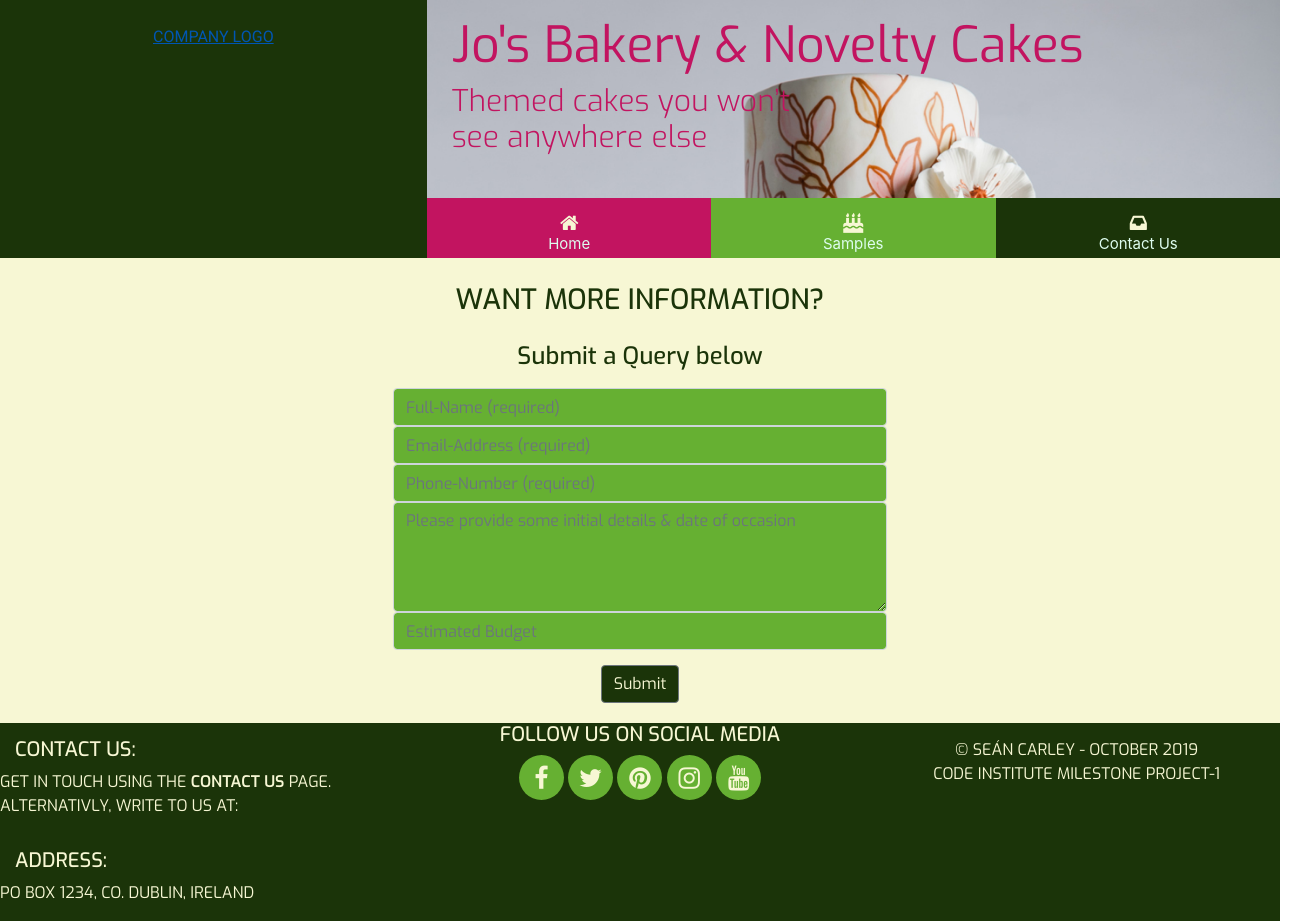
Repository: seanjcarley/Milestone1
Page: contact.html
The author's editor kept a record of every edit. The page is drawn from the files as they stood at one moment, then again after the next edit.
The browser window is 1280 px wide. The page is 1295 px wide, so the pictures cover 1295 px, including what lies to the right of the window. The pictures show the whole page.

Above is the page before.

### contact.html
<!DOCTYPE html>
<html lang="en">

<head>
    <meta charset="UTF-8">
    <meta name="viewport" content="width=device-width, initial-scale=1.0">
    <meta http-equiv="X-UA-Compatible" content="ie=edge">
    <link rel="stylesheet" href="https://stackpath.bootstrapcdn.com/bootstrap/4.3.1/css/bootstrap.min.css" type="text/css" />
    <link rel="stylesheet" href="https://stackpath.bootstrapcdn.com/font-awesome/4.7.0/css/font-awesome.min.css" type="text/css">
    <link rel="stylesheet" href="https://cdnjs.cloudflare.com/ajax/libs/hover.css/2.3.1/css/hover-min.css" type="text/css">
    <link rel="stylesheet" href="css/style.css">
    <title>Jo's Bakery and Novelty Cakes</title>
</head>

<body>
    <header>
        <div class="row no-gutters">
            <a href="#" class="col-md-4 logo">COMPANY LOGO</a>
            <div class="col-md-8 cake-image">
                <div class="row no-gutters">
                    <div class="col page-header">
                        <h1 class="name caps">Jo's Bakery & Novelty Cakes</h1>
                        <h2 class="tag-line caps">Themed cakes you won’t<br/>see anywhere else</h2>
                    </div>
                </div>
                <div class="row no-gutters">
                    <div class="col">
                        <ul id="nav" class="list-inline menucontainer">
                            <li class="col col-sm-4 menu-item-color-home list-inline-item menuitem">
                                <a class="hvr-sweep-to-right" href="index.html"><i class="fa fa-home" aria-hidden="true"></i><span>Home</span></a>
                            </li>
                            <li class="col col-sm-4 menu-item-color-samples list-inline-item menuitem">
                                <a class="hvr-sweep-to-right" href="showcase.html"><i class="fa fa-birthday-cake" aria-hidden="true"></i><span>Samples</span></a>
                            </li>
                            <li class="col col-sm-4 menu-item-color-contact list-inline-item menuitem">
                                <a class="hvr-sweep-to-right" href="contact.html"><i class="fa fa-inbox" aria-hidden="true"></i><span>Contact Us</span></a>
                            </li>
                        </ul>
                    </div>
                </div>
            </div>
        </div>
    </header>
    <section class="container-fluid section-color">
        <div class="row">
            <div class="col-md-2"></div>
            <div class="col-md-8">
                <h3 class="form-heading uppercase">Want more Information?</h3>
                <h4 class="form-heading">Submit a Query below</h4>
                <div class="center-form">
                    <form>
                        <input type="text" name="fullname" id="name-field" class="form-control" placeholder="Full-Name (required)" required/>
                        <input type="text" name="emailaddress" id="email-field" class="form-control" placeholder="Email-Address (required)" required/>
                        <input type="text" name="phonenumber" id="phone-field" class="form-control" placeholder="Phone-Number (required)" required/>
                        <textarea rows="4" name="details" id="desc-field" class="form-control" placeholder="Please provide some initial details & date of occasion"></textarea>
                        <input type="text" name="budget" id="budget-field" class="form-control" placeholder="Estimated Budget"/>
                        <!--***Possible slider for selecting budget***
                        <label>Estimated Budget</label>
                        <input type="range" min="100" max="1000"/>-->
                        <div class="form-row text-center">
                            <div class="col">
                                <button type="submit" class="btn btn-secondary">Submit</button>
                            </div>
                        </div>
                    </form>
                </div>
            </div>
            <div class="col-md-2"></div>
        </div>
    </section>
     <footer class="footer-color">
        <div class="row">
            <div class="col-md-4">
                <!--<h1>FOOTER1</h1>-->
                <h5 class="footer-h5 uppercase">Contact us: </h5>
                <p class="footer-text uppercase">Get in touch using the <a href="contact.html"><span class="bold">Contact us</span></a> page. Alternativly, write to us at:</p>
                <h5 class="footer-h5 uppercase">Address: </h5>
                <p class="footer-address uppercase">
                    PO Box 1234, <!--<br/>-->
                    Co. Dublin, <!--<br/>-->
                    Ireland
                </p>
            </div>
            <div class="col-md-4 social">
                <!--<h1>FOOTER2</h1>-->
                <h5 class="uppercase">Follow us on Social Media</h5>
                <ul class="list-inline social-icons">
                    <li class="list-inline-item socialitem">
                        <a target="_blank" href="#">
                            <i class="fa fa-facebook" aria-hidden="true"></i>
                            <span class="sr-only">Facebook</span> <!-- This will be read by a screen reader. It does not show on the page -->
                        </a>
                    </li>
                    <li class="list-inline-item socialitem">
                        <a target="_blank" href="#">
                            <i class="fa fa-twitter" aria-hidden="true"></i>
                            <span class="sr-only">Twitter</span> <!-- This will be read by a screen reader. It does not show on the page -->
                        </a>
                    </li>
                    <!--<li class="list-inline-item socialitem">
                        <a target="_blank" href="#">
                            <i class="fa fa-linkedin" aria-hidden="true"></i>
                            <span class="sr-only">LinkedIn</span>
                        </a>
                    </li>-->
                    <li class="list-inline-item socialitem">
                        <a target="_blank" href="#">
                            <i class="fa fa-pinterest" aria-hidden="true"></i>
                            <span class="sr-only">Pinterest</span> <!-- This will be read by a screen reader. It does not show on the page -->
                        </a>
                    </li>
                    <li class="list-inline-item socialitem">
                        <a target="_blank" href="#">
                            <i class="fa fa-instagram" aria-hidden="true"></i>
                            <span class="sr-only">Instagram</span> <!-- This will be read by a screen reader. It does not show on the page -->
                        </a>
                    </li>
                    <li class="list-inline-item socialitem">
                        <a target="_blank" href="#">
                            <i class="fa fa-youtube" aria-hidden="true"></i>
                            <span class="sr-only">YouTube</span> <!-- This will be read by a screen reader. It does not show on the page -->
                        </a>
                    </li>
                </ul>
            </div>
            <div class="col-md-4 copyrite uppercase">
                <!--<h1>FOOTER3</h1>-->
                &copy; Seán Carley - October 2019
                <br/> Code Institute Milestone Project-1
            </div>
        </div>
    </footer>
</body>

</html>

### css/style.css
@import url('https://fonts.googleapis.com/css?family=Roboto:100,200,300,400,500,600,700|Exo:100,200,300,400,500,600,700');

/*----------------------------------------------------------------------------*/
/* Colours */
/*----------------------------------------------------------------------------*/

.menu-item-color-home {
    background-color: #C21460;
    color: #F7F7D4;
}

.menu-item-color-samples {
    background-color: #66B032;
    color: #F7F7D4;
}

.menu-item-color-contact {
    background-color: #1B3409;
    color: #F7F7D4;
}

.section-color {
    background-color: #F7F7D4;
    color: #1B3409;
}

.side-section {
    background-color: #66B032;
}

.footer-color {
    background-color: #1B3409;
    color: #F7F7D4;
}

/*----------------------------------------------------------------------------*/
/* Body */
/*----------------------------------------------------------------------------*/

body {
    margin: 0;
    min-height: 100%;
}

/*----------------------------------------------------------------------------*/
/* Header */
/*----------------------------------------------------------------------------*/

header {
    margin: 20;
    background-color: #fefe33;
}

.cake-image {
    background: url("../images/980x1123Slider_0004_Slider_2_Left.jpg");
    background-size: cover;
}

.page-header {
    margin-top: 15px;
    margin-bottom: 35px;
}

.name {
    font-family: "Exo", sans-serif;
    font-weight: 400;
    font-size: 50px;
    margin-left: 25px;
    color: #C21460;
}

.tag-line {
    font-family: "Exo", sans-serif;
    font-weight: 300;
    font-size: 30px;
    margin-left: 25px;
    color: #C21460;
    /*color: #66B032;*/
}

.logo {
    background: url("#");
    background-position: center;
    background-repeat: no-repeat;
    background-size: cover;
    background-color: #1B3409;
    font-family: "Roboto", sans-serif;
    text-align: center;
    padding-top: 25px;
    min-height: 240px;
}

.list-inline-item:not(:last-child) {
    margin-right: 0;
}

.menucontainer {
    font-size: 0;
}

#nav li {
    font-size: 14px;
    padding: 0;
}

#nav {
    margin: 0;
}

.menuitem {
    height: 60px;
    text-align: center;
    padding: 0;
}

.menuitem a {
    width: 100%;
    text-decoration: none;
    color: #defdef;
    height: 100%;
}

.menuitem a i {
    padding-top: 15px;
    display: block;
    color: #F7F7D4;;
    font-size: 20px;
}

.menuitem span {
    display: block;
    font-size: 15px;
}

.hvr-sweep-to-bottom:before,
.hvr-sweep-to-top:before,
.hvr-sweep-to-right:before {
    background: rgba(0, 0, 0, 0.2);
    height: 60px;
}

/*----------------------------------------------------------------------------*/
/* Index Section */
/*----------------------------------------------------------------------------*/

section {
    margin: 0;
    font-family: "Exo", sans-serif;
}

.main-section {
    padding-left: 15px;
}

.origin {
    text-align: center;
    padding-top: 15px;
}

.section-txt {
    margin: 15px;
}

.section-txt a {
    text-decoration: none;
    color: #1B3409;
}

.section-txt a:hover {
    color: #C21460;
}

.question {
    text-align: center;
}

/*----------------------------------------------------------------------------*/
/* Contact Section */
/*----------------------------------------------------------------------------*/

.form-heading {
    font-family: "Exo", sans-serif;
    font-weight: 500;
    margin-top: 25px;
    /*margin-bottom: ;*/
    text-align: center;
}

.center-form {
    padding-top: 10px;
    margin: 0 auto;
    max-width: 60%;
    text-align: center;
}

button[type="submit"] {
    margin-top: 15px;
    margin-bottom: 20px;
    color: #F7F7D4;
    background-color: #1B3409;
}

button[type="submit"]:hover {
    color: #66B032;
    background-color: #C21460;
    font-weight: 300;
     transition: all 0.35s ease-in-out;
    -moz-transition: all 0.35s ease-in-out;
    -webkit-transition: all 0.35s ease-in-out;
    -o-transition: all 0.35s ease-in-out;
}

#name-field {
    background-color: #66B032;
    color: #F7F7D4;
}

#email-field {
    background-color: #66B032;
    color: #F7F7D4;
}

/* Trying to overe ride the color of the placeholder text on the form */
/*#email-field:before {
    background-color: #66B032;
    color: #66B032;
}*/

#phone-field {
    background-color: #66B032;
    color: #F7F7D4;
}

#desc-field {
    background-color: #66B032;
    color: #F7F7D4;
}

#budget-field {
    background-color: #66B032;
    color: #F7F7D4;
}

/*----------------------------------------------------------------------------*/
/* Footer */
/*----------------------------------------------------------------------------*/

footer {
    margin: 0;
    font-family: "Exo", sans-serif;
}

.footer-text {

}

.footer-text a {
    text-decoration: none;
    color: #F7F7D4;
}

.footer-text a:hover {
    color: #66B032;
}

.footer-h5 {
    padding-left: 15px;
    padding-top: 15px;
}

.copyrite {
    text-align: center;
    margin-top: 15px;
    font-size: 100;
}

.social {
    text-align: center;
    /*margin-top: 15px;*/
}

/*.social-icons li a {

}*/

.social-icons li a i {
    width: 45px;
    height: 45px;
    padding: 6px 0;
    /*margin-top: 5px;*/
    border-radius: 50%;
    font-size: 25px;
    background-color: #66B032;
    color: #F7F7D4;
    text-align: center;
    line-height: 35px;
    transition: all 0.35s ease-in-out;
    -moz-transition: all 0.35s ease-in-out;
    -webkit-transition: all 0.35s ease-in-out;
    -o-transition: all 0.35s ease-in-out;
}

.social-icons li a i:hover {
    background-color: #C21460;
    color: #66B032;
}

.socialitem span {
    display: block;
    width: 100%;
    font-size: 35px;
}

.bold {
    font-weight: 600;
}

.uppercase {
    text-transform: uppercase;
}

/*----------------------------------------------------------------------------*/
/* Media Queries */
/*----------------------------------------------------------------------------*/

@media (max-width:767px) {
    .logo {
        display: none;
    }

    .page-header {
    margin-top: 15px;
    margin-bottom: 10px;
    color: #F7F7D4;
    }

    .desktop {
        display: none;
    }
}

After the next edit:
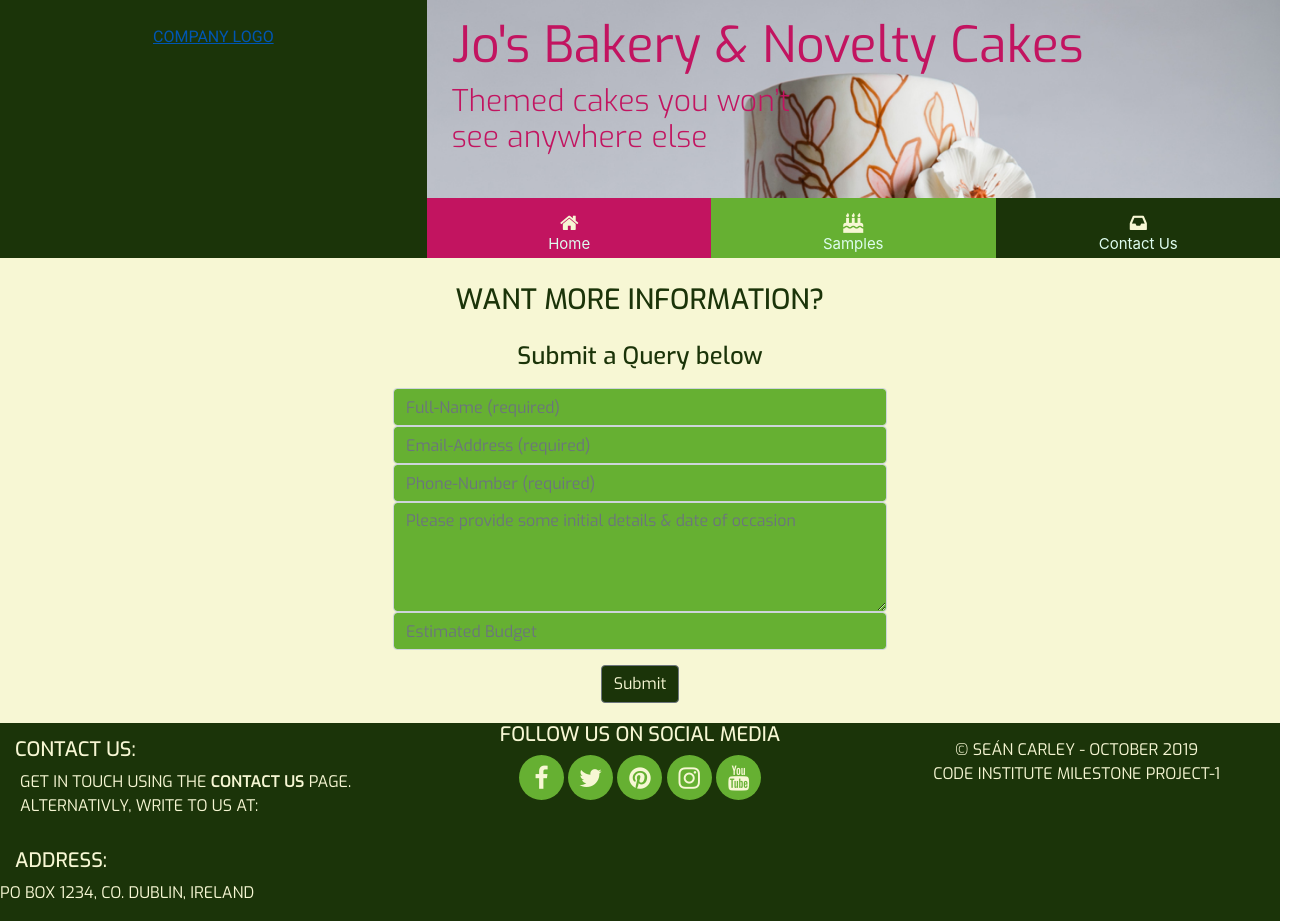
The edit:
--- a/css/style.css
+++ b/css/style.css
@@ -251,7 +251,8 @@
 }
 
 .footer-text {
-
+    padding-left: 20px;
+    padding-top: 0;
 }
 
 .footer-text a {
